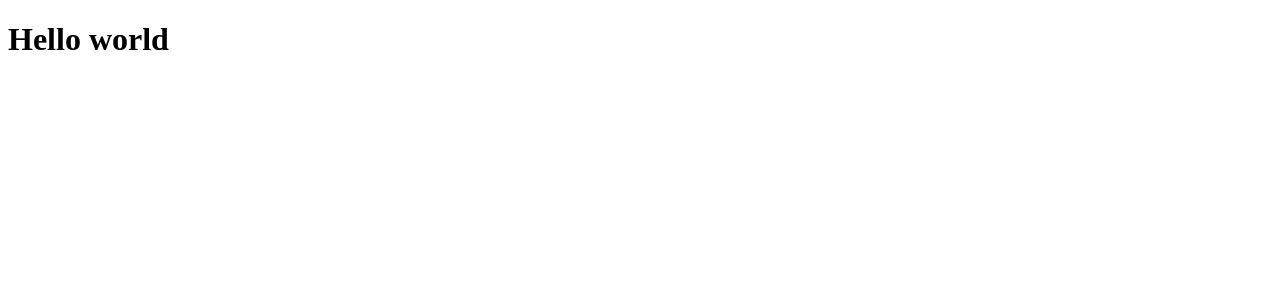
Repository: vetulitichev/JavaScript-Basic
Page: / (app in classworks/24/react-basic/)
These files come from the project's save history. The page is drawn as it stood at one moment and after the next save; the edit follows.
The browser window is 1280 px wide. The pictures show the whole page.
The project was rebuilt for these pictures with package versions that can differ from the ones it lists, and the page was loaded fresh each time. Also part of the build but not shown: classworks/24/react-basic/webpack.config.js.

Above is the page before, as saved 2017-02-22 21:00:13.

After the next save:
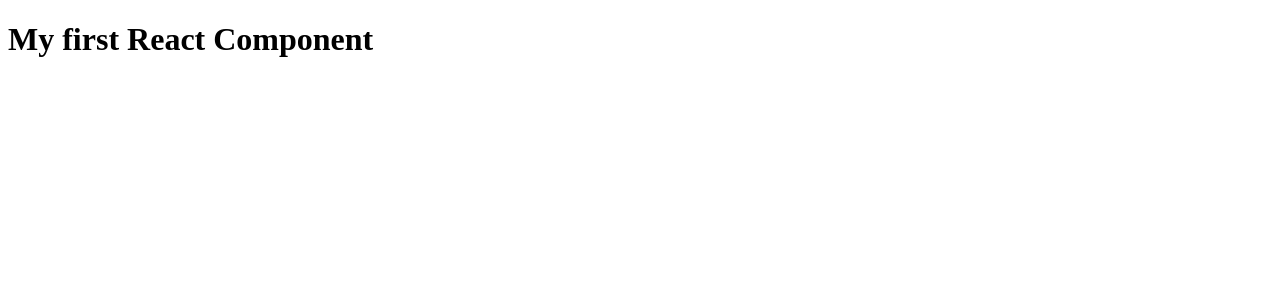
Saved 10 s later.
--- a/classworks/24/react-basic/src/index.js
+++ b/classworks/24/react-basic/src/index.js
@@ -10,4 +10,4 @@
 }
 
 
-ReactDOM.render(<h1>Hello world</h1>, mountNode);
+ReactDOM.render(<App />, mountNode);
